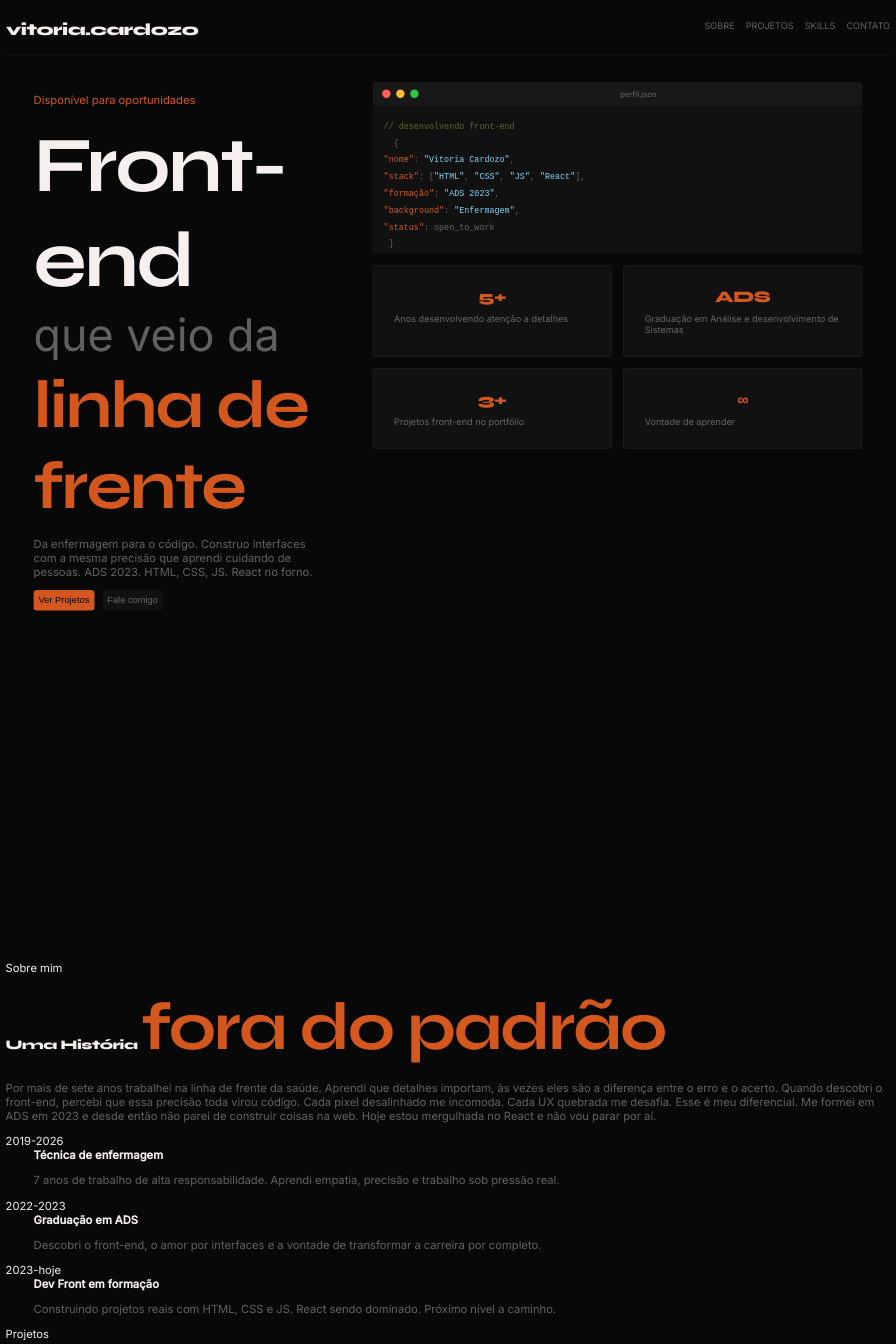
Repository: Bitroia/Portifolio
Page: index.html
The author's editor kept a copy of each file at every save. The page is drawn from the files as they stood at one save, then again after the next save.
The browser window is 1280 px wide. The pictures show the part of the page from y = 0 to 1920 px (the page is 3143 px tall before and 3139 px after), at 70% of full size.
Some web fonts or font styles are not loaded; a fallback is used.

Above is the page before, as saved 2026-04-29 19:25:25.

After the next save:
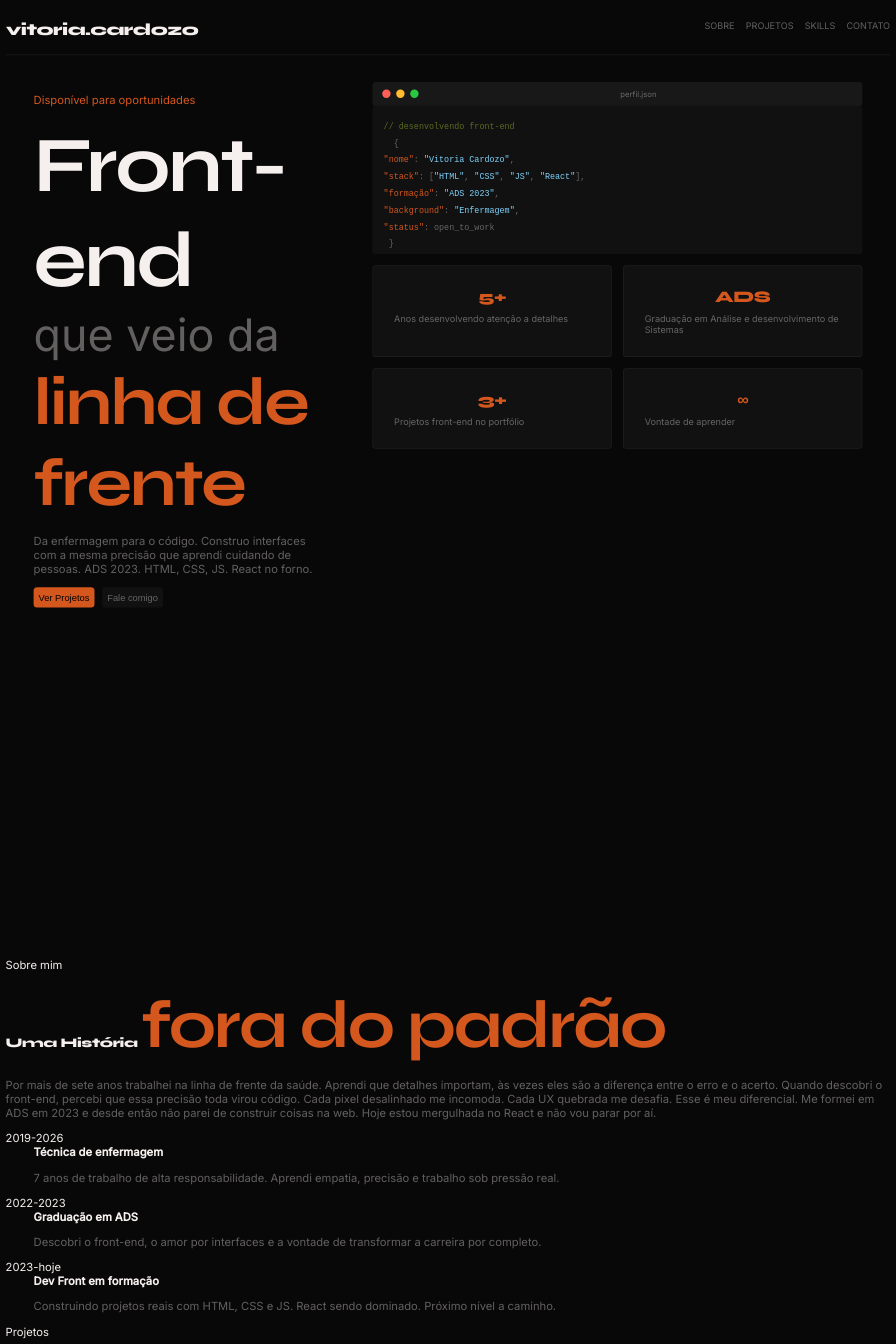
Saved 5 s later.
--- a/styles/style.css
+++ b/styles/style.css
@@ -83,7 +83,7 @@
   display: block;
   font-size: 4rem;
   width: 100%;
-  margin-bottom: 5px;
+  margin-bottom: 1px;
 }
 
 .accent {
